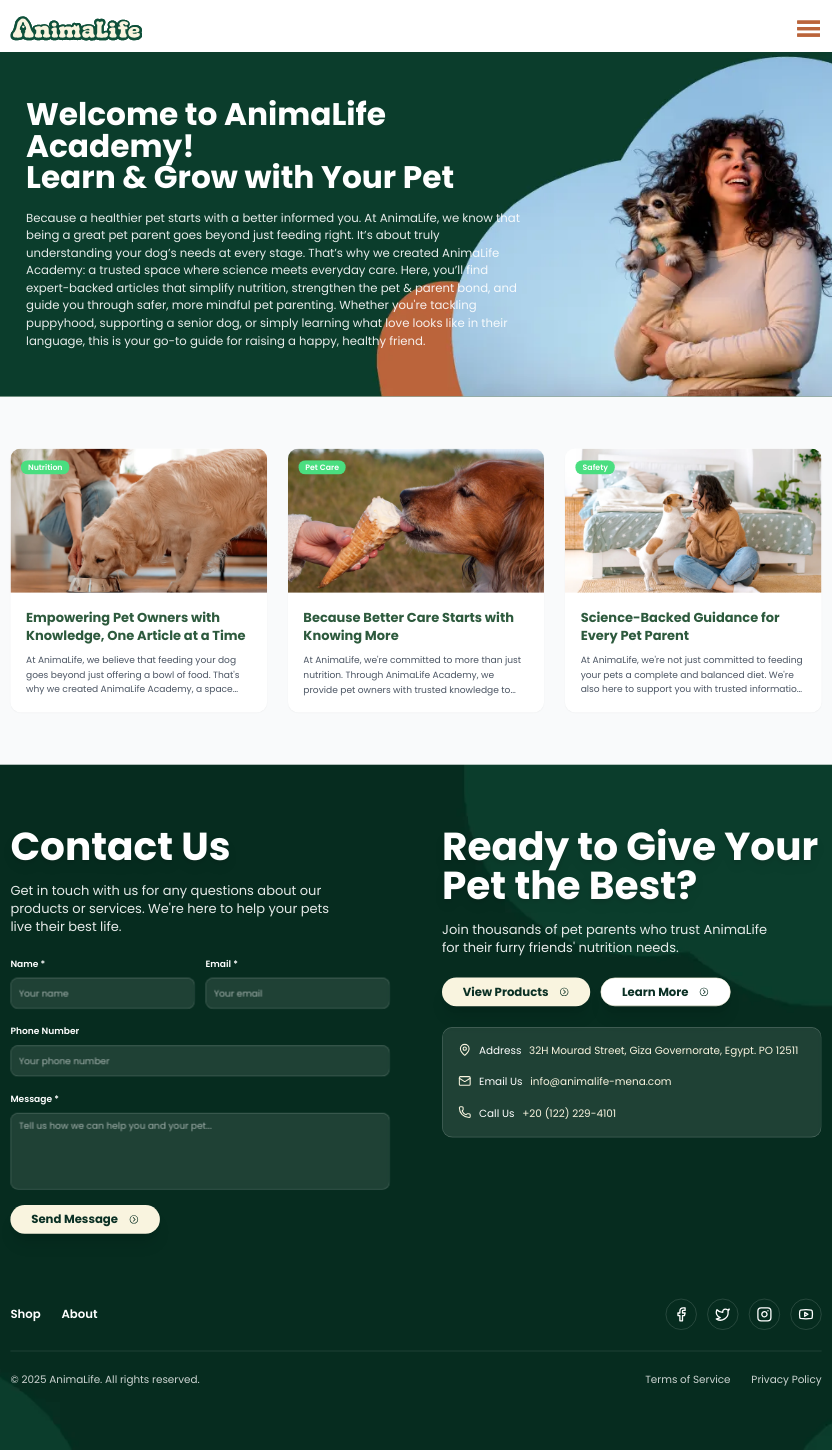
Repository: the-jupiteragency/animalife
Page: /academy
These files come from the project's save history. The page is drawn as it stood at one moment and after the next save; the edit follows.
The browser window is 1280 px wide. The pictures show the whole page, at 65% of full size.
The project was rebuilt for these pictures with package versions that can differ from the ones it lists, and the page was loaded fresh each time. The framework's server and built-in components were replaced by stand-ins that run in the browser. Also part of the build but not shown: next.config.mjs.

Above is the page before, as saved 2025-08-05 09:37:38.

### app/layout.tsx
import type { Metadata, Viewport } from "next";
import "./globals.css";
import { Header } from "@/components/header";
import { Footer } from "@/components/footer";
import Script from "next/script";

export const metadata: Metadata = {
  metadataBase: new URL('https://animalife.vercel.app'),
  title: {
    default: "AnimaLife | Science-Driven Pet Nutrition & Wellness",
    template: "%s | AnimaLife"
  },
  description:
    "AnimaLife offers science-driven, complete, and balanced nutrition for pets. Discover products tailored to your pet's unique needs, expert advice, and a passionate community of animal lovers.",
  keywords: [
    "AnimaLife",
    "pet nutrition",
    "dog food",
    "cat food",
    "science-based pet care",
    "pet wellness",
    "healthy pets",
    "animal health",
    "pet products",
    "pet academy",
    "pet community",
    "premium pet food",
    "natural pet nutrition",
    "pet health supplements"
  ],
  authors: [{ name: "AnimaLife Team", url: "https://animalife.vercel.app" }],
  creator: "AnimaLife",
  publisher: "AnimaLife",
  formatDetection: {
    email: false,
    address: false,
    telephone: false,
  },
  category: 'Pet Care',
  classification: 'Pet Nutrition and Wellness',
  openGraph: {
    title: "AnimaLife | Science-Driven Pet Nutrition & Wellness",
    description:
      "AnimaLife offers science-driven, complete, and balanced nutrition for pets. Discover products tailored to your pet's unique needs, expert advice, and a passionate community of animal lovers.",
    url: "https://animalife.vercel.app",
    siteName: "AnimaLife",
    images: [
      {
        url: "/hero1.webp",
        width: 1200,
        height: 630,
        alt: "AnimaLife - Science-Driven Pet Nutrition",
      },
    ],
    locale: "en_US",
    type: "website",
  },
  twitter: {
    card: 'summary_large_image',
    title: 'AnimaLife | Science-Driven Pet Nutrition & Wellness',
    description: 'AnimaLife offers science-driven, complete, and balanced nutrition for pets. Discover products tailored to your pet\'s unique needs.',
    images: ['/hero1.webp'],
    creator: '@animalife',
    site: '@animalife'
  },
  robots: {
    index: true,
    follow: true,
    googleBot: {
      index: true,
      follow: true,
      'max-video-preview': -1,
      'max-image-preview': 'large',
      'max-snippet': -1,
    },
  },
  icons: {
    icon: [
      { url: '/favicon.ico' },
      { url: '/favicon.png', type: 'image/png' },
    ],
    shortcut: '/favicon.ico',
    apple: [
      { url: '/apple-touch-icon.png' },
      { url: '/apple-touch-icon-72x72.png', sizes: '72x72', type: 'image/png' },
      { url: '/apple-touch-icon-114x114.png', sizes: '114x114', type: 'image/png' },
    ],
  },
  manifest: '/site.webmanifest',
  alternates: {
    canonical: 'https://animalife.vercel.app',
  },
  verification: {
    google: 'your-google-verification-code',
    yandex: 'your-yandex-verification-code',
    yahoo: 'your-yahoo-verification-code',
  },
};

export const viewport: Viewport = {
  themeColor: "#1B4838",
};

const jsonLd = {
  '@context': 'https://schema.org',
  '@type': 'Organization',
  name: 'AnimaLife',
  url: 'https://animalife.vercel.app',
  logo: 'https://animalife.vercel.app/logo.svg',
  description: 'AnimaLife offers science-driven, complete, and balanced nutrition for pets.',
  contactPoint: {
    '@type': 'ContactPoint',
    contactType: 'Customer Service',
    availableLanguage: 'English'
  },
  sameAs: [
    'https://facebook.com/animalife',
    'https://twitter.com/animalife',
    'https://instagram.com/animalife'
  ],
  address: {
    '@type': 'PostalAddress',
    addressCountry: 'EG'
  }
};

export default function RootLayout({
  children,
}: Readonly<{
  children: React.ReactNode;
}>) {
  return (
    <html lang="en">
      <head>
        <link rel="preconnect" href="https://fonts.googleapis.com" />
        <link rel="preconnect" href="https://fonts.gstatic.com" crossOrigin="anonymous" />
        <link rel="dns-prefetch" href="https://fonts.googleapis.com" />
        <meta name="theme-color" content="#1B4838" />
        <meta name="msapplication-TileColor" content="#1B4838" />
        <meta name="apple-mobile-web-app-capable" content="yes" />
        <meta name="apple-mobile-web-app-status-bar-style" content="default" />
        <meta name="format-detection" content="telephone=no" />
        <Script
          id="json-ld"
          type="application/ld+json"
          dangerouslySetInnerHTML={{ __html: JSON.stringify(jsonLd) }}
        />
      </head>
      <body>
        <Header />
        {children}
        <Footer />
      </body>
    </html>
  );
}

### app/academy/page.tsx
"use client";

import { Card, CardContent } from "@/components/ui/card";
import { Badge } from "@/components/ui/badge";
import Image from "next/image";
import Link from "next/link";
import { Header } from "@/components/header";
import { AcademyPosts } from "@/app/data/academy-posts";

// Remove the hardcoded blogPosts array and use:
const blogPosts = AcademyPosts;

export default function AcademyPage() {
  return (
    <div className="min-h-screen bg-white">
      {/* Header */}
      <Header />
      {/* Add top padding to account for fixed header */}
      <div className="pt-20">
        {/* Hero Banner Section */}
        <section className="relative h-[530px] bg-[#2d5a3d] overflow-hidden">
          <div className="absolute inset-0">
            <Image
              src="/academy-banner.webp"
              alt="Academy Banner"
              fill
              className="object-cover w-full h-full"
              priority
            />
          </div>
          <div className="relative z-10 px-10 mx-auto  h-full flex items-center">
            <div className="max-w-3xl">
              <h1 className="text-4xl md:text-5xl font-bold text-white mb-6">
                Welcome to AnimaLife Academy!
                <br />
                Learn & Grow with Your Pet
              </h1>
              <p className="text-lg text-white/90 leading-normal">
                Because a healthier pet starts with a better informed you. At
                AnimaLife, we know that being a great pet parent goes beyond
                just feeding right. It’s about truly understanding your dog’s
                needs at every stage. That’s why we created AnimaLife Academy: a
                trusted space where science meets everyday care. Here, you’ll
                find expert-backed articles that simplify nutrition, strengthen
                the pet & parent bond, and guide you through safer, more mindful
                pet parenting. Whether you're tackling puppyhood, supporting a
                senior dog, or simply learning what love looks like in their
                language, this is your go-to guide for raising a happy, healthy
                friend.
              </p>
            </div>
          </div>
        </section>

        {/* Blog Posts Grid */}
        <section className="py-12 md:py-20 bg-gray-50">
          <div className="container mx-auto px-4">
            <div className="grid grid-cols-1 md:grid-cols-2 lg:grid-cols-3 gap-6 md:gap-8">
              {blogPosts.map((post) => (
                <Link key={post.id} href={`/academy/${post.id}`}>
                  <Card className="cursor-pointer transform transition-all duration-300 hover:scale-105 hover:shadow-xl bg-white border-0 rounded-2xl overflow-hidden group">
                    <CardContent className="p-0">
                      <div className="aspect-video relative overflow-hidden">
                        <Image
                          src={post.image || "/placeholder.svg"}
                          alt={post.title}
                          fill
                          className="object-cover w-full h-full group-hover:scale-105 transition-all duration-500"
                          sizes="(max-width: 768px) 100vw, (max-width: 1200px) 50vw, 33vw"
                        />
                        <div className="absolute top-4 left-4">
                          <Badge className="bg-[#4ade80] text-white hover:bg-[#22c55e] group-hover:scale-110 transition-transform duration-300">
                            {post.category}
                          </Badge>
                        </div>
                      </div>

                      <div className="p-4 md:p-6">
                        <h3 className="text-lg md:text-xl font-bold text-[#2d5a3d] mb-3 line-clamp-2 group-hover:text-[#1e3a2a] transition-colors duration-300">
                          {post.title}
                        </h3>
                        <p className="text-gray-600 text-sm leading-relaxed line-clamp-3 group-hover:text-gray-700 transition-colors duration-300">
                          {post.excerpt}
                        </p>
                      </div>
                    </CardContent>
                  </Card>
                </Link>
              ))}
            </div>
          </div>
        </section>
      </div>{" "}
      {/* Close pt-20 div */}
    </div>
  );
}

### components/header.tsx
"use client";

import { useState, useEffect } from "react";
import { Menu, X } from "lucide-react";
import { GiHamburgerMenu } from "react-icons/gi";
import { IoMdCloseCircle } from "react-icons/io";
import { Button } from "@/components/ui/button";
import Link from "next/link";
import Image from "next/image";

export function Header() {
  const [isMenuOpen, setIsMenuOpen] = useState(false);
  const [scrolled, setScrolled] = useState(false);

  useEffect(() => {
    const handleScroll = () => {
      setScrolled(window.scrollY > 10);
    };
    window.addEventListener("scroll", handleScroll);
    return () => window.removeEventListener("scroll", handleScroll);
  }, []);

  return (
    <header
      className={`fixed top-0 left-0 right-0 z-50 transition-colors duration-300 ${
        scrolled ? "bg-[#0A3D2C]" : "bg-transparent"
      }`}
    >
      <div className="container mx-auto px-4 py-4 md:py-6 flex items-center justify-between font-mono font-normal text-base bg-transparent text-[rgba(249,244,223,1)] flex-row">
        <Link
          href="/"
          className="text-white text-xl md:text-2xl font-bold hover:text-green-200 transition-colors"
        >
          <Image
            src="/logo.svg"
            alt="AnimaLife"
            width={120}
            height={120}
            priority
            style={{ width: "auto", height: "auto" }}
          />
        </Link>

        <div
          className="transition-all duration-300 hover:scale-110"
          onClick={() => setIsMenuOpen(!isMenuOpen)}
        >
          {isMenuOpen ? (
            <IoMdCloseCircle
              className={`h-10 w-10 ${scrolled ? "text-white" : "text-[#1B4838]"}`}
            />
          ) : (
            <GiHamburgerMenu
              className={`h-10 w-10 ${scrolled ? "text-white" : "md:text-[#BA643B]"}`}
            />
          )}
        </div>
      </div>

      {/* Menu Overlay */}
      {isMenuOpen && (
        <div className="fixed inset-0 z-50 bg-[#2d5a3d]">
          <div className="absolute top-4 right-4">
            <div
              className="text-white transition-all duration-300 hover:scale-110"
              onClick={() => setIsMenuOpen(false)}
            >
              <IoMdCloseCircle className="h-12 w-12" />
            </div>
          </div>

          <div className="flex items-center justify-center min-h-screen">
            <nav className="text-center space-y-8 md:space-y-12">
              <Link
                href="/"
                className="block text-white text-xl md:text-2xl font-medium hover:text-green-200 transition-colors"
                onClick={() => setIsMenuOpen(false)}
              >
                Home
              </Link>
              <Link
                href="/products"
                className="block text-white text-xl md:text-2xl font-medium hover:text-green-200 transition-colors"
                onClick={() => setIsMenuOpen(false)}
              >
                Our Products
              </Link>
              <Link
                href="/about"
                className="block text-white text-xl md:text-2xl font-medium hover:text-green-200 transition-colors"
                onClick={() => setIsMenuOpen(false)}
              >
                Discover AnimaLife
              </Link>
              <Link
                href="/academy"
                className="block text-white text-xl md:text-2xl font-medium hover:text-green-200 transition-colors"
                onClick={() => setIsMenuOpen(false)}
              >
                AnimaLife Academy
              </Link>
            </nav>
          </div>
        </div>
      )}
    </header>
  );
}

### components/ui/card.tsx
import * as React from "react"

import { cn } from "@/lib/utils"

const Card = React.forwardRef<
  HTMLDivElement,
  React.HTMLAttributes<HTMLDivElement>
>(({ className, ...props }, ref) => (
  <div
    ref={ref}
    className={cn(
      "rounded-lg border bg-card text-card-foreground shadow-sm",
      className
    )}
    {...props}
  />
))
Card.displayName = "Card"

const CardHeader = React.forwardRef<
  HTMLDivElement,
  React.HTMLAttributes<HTMLDivElement>
>(({ className, ...props }, ref) => (
  <div
    ref={ref}
    className={cn("flex flex-col space-y-1.5 p-6", className)}
    {...props}
  />
))
CardHeader.displayName = "CardHeader"

const CardTitle = React.forwardRef<
  HTMLDivElement,
  React.HTMLAttributes<HTMLDivElement>
>(({ className, ...props }, ref) => (
  <div
    ref={ref}
    className={cn(
      "text-2xl font-semibold leading-none tracking-tight",
      className
    )}
    {...props}
  />
))
CardTitle.displayName = "CardTitle"

const CardDescription = React.forwardRef<
  HTMLDivElement,
  React.HTMLAttributes<HTMLDivElement>
>(({ className, ...props }, ref) => (
  <div
    ref={ref}
    className={cn("text-sm text-muted-foreground", className)}
    {...props}
  />
))
CardDescription.displayName = "CardDescription"

const CardContent = React.forwardRef<
  HTMLDivElement,
  React.HTMLAttributes<HTMLDivElement>
>(({ className, ...props }, ref) => (
  <div ref={ref} className={cn("p-6 pt-0", className)} {...props} />
))
CardContent.displayName = "CardContent"

const CardFooter = React.forwardRef<
  HTMLDivElement,
  React.HTMLAttributes<HTMLDivElement>
>(({ className, ...props }, ref) => (
  <div
    ref={ref}
    className={cn("flex items-center p-6 pt-0", className)}
    {...props}
  />
))
CardFooter.displayName = "CardFooter"

export { Card, CardHeader, CardFooter, CardTitle, CardDescription, CardContent }

### components/ui/badge.tsx
import * as React from "react"
import { cva, type VariantProps } from "class-variance-authority"

import { cn } from "@/lib/utils"

const badgeVariants = cva(
  "inline-flex items-center rounded-full border px-2.5 py-0.5 text-xs font-semibold transition-colors focus:outline-none focus:ring-2 focus:ring-ring focus:ring-offset-2",
  {
    variants: {
      variant: {
        default:
          "border-transparent bg-primary text-primary-foreground hover:bg-primary/80",
        secondary:
          "border-transparent bg-secondary text-secondary-foreground hover:bg-secondary/80",
        destructive:
          "border-transparent bg-destructive text-destructive-foreground hover:bg-destructive/80",
        outline: "text-foreground",
      },
    },
    defaultVariants: {
      variant: "default",
    },
  }
)

export interface BadgeProps
  extends React.HTMLAttributes<HTMLDivElement>,
    VariantProps<typeof badgeVariants> {}

function Badge({ className, variant, ...props }: BadgeProps) {
  return (
    <div className={cn(badgeVariants({ variant }), className)} {...props} />
  )
}

export { Badge, badgeVariants }

### components/ui/button.tsx
import * as React from "react";
import { Slot } from "@radix-ui/react-slot";
import { cva, type VariantProps } from "class-variance-authority";

import { cn } from "@/lib/utils";

const buttonVariants = cva(
  "inline-flex items-center justify-center gap-2 whitespace-nowrap rounded-md text-sm font-medium ring-offset-background transition-colors focus-visible:outline-none focus-visible:ring-2 focus-visible:ring-ring focus-visible:ring-offset-2 disabled:pointer-events-none disabled:opacity-50 [&_svg]:pointer-events-none [&_svg]:size-4 [&_svg]:shrink-0",
  {
    variants: {
      variant: {
        default: "bg-primary text-primary-foreground hover:bg-primary/90",
        destructive:
          "bg-destructive text-destructive-foreground hover:bg-destructive/90",
        outline:
          "border border-input bg-background hover:bg-accent hover:text-accent-foreground",
        secondary:
          "bg-secondary text-secondary-foreground hover:bg-secondary/80",
        ghost: "hover:bg-accent hover:text-accent-foreground",
        link: "text-primary underline-offset-4 hover:underline",
        icon: "bg-transparent",
        hover:
          "bg-[#F9F4DF] text-[#0A3024] hover:bg-[#A7552E] hover:text-white",
      },
      size: {
        default: "h-10 px-4 py-2",
        sm: "h-9 rounded-md px-3",
        lg: "h-11 rounded-md px-8",
        icon: "h-10 w-10",
      },
    },
    defaultVariants: {
      variant: "default",
      size: "default",
    },
  }
);

export interface ButtonProps
  extends React.ButtonHTMLAttributes<HTMLButtonElement>,
    VariantProps<typeof buttonVariants> {
  asChild?: boolean;
}

const Button = React.forwardRef<HTMLButtonElement, ButtonProps>(
  ({ className, variant, size, asChild = false, ...props }, ref) => {
    const Comp = asChild ? Slot : "button";
    return (
      <Comp
        className={cn(buttonVariants({ variant, size, className }))}
        ref={ref}
        {...props}
      />
    );
  }
);
Button.displayName = "Button";

export { Button, buttonVariants };

### components/ui/input.tsx
import * as React from "react"

import { cn } from "@/lib/utils"

const Input = React.forwardRef<HTMLInputElement, React.ComponentProps<"input">>(
  ({ className, type, ...props }, ref) => {
    return (
      <input
        type={type}
        className={cn(
          "flex h-10 w-full rounded-md border border-input bg-background px-3 py-2 text-base ring-offset-background file:border-0 file:bg-transparent file:text-sm file:font-medium file:text-foreground placeholder:text-muted-foreground focus-visible:outline-none focus-visible:ring-2 focus-visible:ring-ring focus-visible:ring-offset-2 disabled:cursor-not-allowed disabled:opacity-50 md:text-sm",
          className
        )}
        ref={ref}
        {...props}
      />
    )
  }
)
Input.displayName = "Input"

export { Input }

### tailwind.config.ts
import type { Config } from "tailwindcss";

const config: Config = {
  darkMode: ["class"],
  content: [
    "./pages/**/*.{js,ts,jsx,tsx,mdx}",
    "./components/**/*.{js,ts,jsx,tsx,mdx}",
    "./app/**/*.{js,ts,jsx,tsx,mdx}",
    "*.{js,ts,jsx,tsx,mdx}",
  ],
  theme: {
    extend: {
      colors: {
        background: "hsl(var(--background))",
        foreground: "hsl(var(--foreground))",
        card: {
          DEFAULT: "hsl(var(--card))",
          foreground: "hsl(var(--card-foreground))",
        },
        popover: {
          DEFAULT: "hsl(var(--popover))",
          foreground: "hsl(var(--popover-foreground))",
        },
        primary: {
          DEFAULT: "hsl(var(--primary))",
          foreground: "hsl(var(--primary-foreground))",
        },
        secondary: {
          DEFAULT: "hsl(var(--secondary))",
          foreground: "hsl(var(--secondary-foreground))",
        },
        muted: {
          DEFAULT: "hsl(var(--muted))",
          foreground: "hsl(var(--muted-foreground))",
        },
        accent: {
          DEFAULT: "hsl(var(--accent))",
          foreground: "hsl(var(--accent-foreground))",
        },
        destructive: {
          DEFAULT: "hsl(var(--destructive))",
          foreground: "hsl(var(--destructive-foreground))",
        },
        border: "hsl(var(--border))",
        input: "hsl(var(--input))",
        ring: "hsl(var(--ring))",
        chart: {
          "1": "hsl(var(--chart-1))",
          "2": "hsl(var(--chart-2))",
          "3": "hsl(var(--chart-3))",
          "4": "hsl(var(--chart-4))",
          "5": "hsl(var(--chart-5))",
        },
        sidebar: {
          DEFAULT: "hsl(var(--sidebar-background))",
          foreground: "hsl(var(--sidebar-foreground))",
          primary: "hsl(var(--sidebar-primary))",
          "primary-foreground": "hsl(var(--sidebar-primary-foreground))",
          accent: "hsl(var(--sidebar-accent))",
          "accent-foreground": "hsl(var(--sidebar-accent-foreground))",
          border: "hsl(var(--sidebar-border))",
          ring: "hsl(var(--sidebar-ring))",
        },
      },
      borderRadius: {
        lg: "var(--radius)",
        md: "calc(var(--radius) - 2px)",
        sm: "calc(var(--radius) - 4px)",
      },
      fontFamily: {
        sans: [
          'Poppins',
          '-apple-system',
          'BlinkMacSystemFont',
          'Segoe UI',
          'Roboto',
          'Oxygen',
          'Ubuntu',
          'Cantarell',
          'Fira Sans',
          'Droid Sans',
          'Helvetica Neue',
          'sans-serif'
        ],
        headline: [
          'Co Headline',
          'Poppins',
          '-apple-system',
          'BlinkMacSystemFont',
          'Segoe UI',
          'sans-serif'
        ],
      },
      keyframes: {
        "accordion-down": {
          from: {
            height: "0",
          },
          to: {
            height: "var(--radix-accordion-content-height)",
          },
        },
        "accordion-up": {
          from: {
            height: "var(--radix-accordion-content-height)",
          },
          to: {
            height: "0",
          },
        },
      },
      animation: {
        "accordion-down": "accordion-down 0.2s ease-out",
        "accordion-up": "accordion-up 0.2s ease-out",
      },
    },
  },
  plugins: [require("tailwindcss-animate")],
};
export default config;

Loaded but not shown: components/ui/textarea.tsx (common file); lib/utils.ts (common file); components/footer.tsx (439 lines, source omitted); app/data/academy-posts.ts (242 lines, source omitted); app/globals.css (185 lines, source omitted)

After the next save:
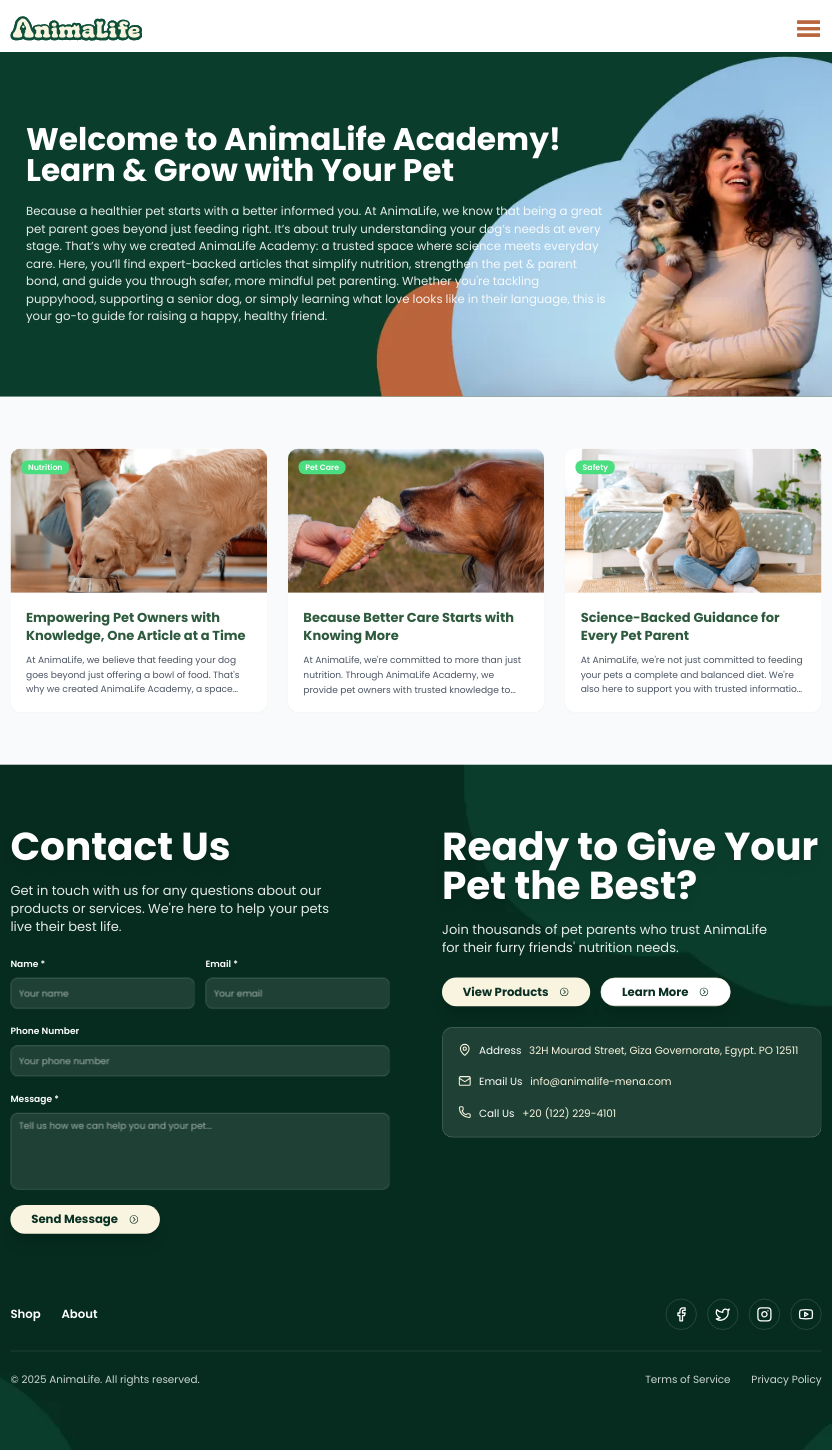
Saved 5 s later.
--- a/app/academy/page.tsx
+++ b/app/academy/page.tsx
@@ -29,7 +29,7 @@
             />
           </div>
           <div className="relative z-10 px-10 mx-auto  h-full flex items-center">
-            <div className="max-w-3xl">
+            <div className="max-w-4xl">
               <h1 className="text-4xl md:text-5xl font-bold text-white mb-6">
                 Welcome to AnimaLife Academy!
                 <br />
